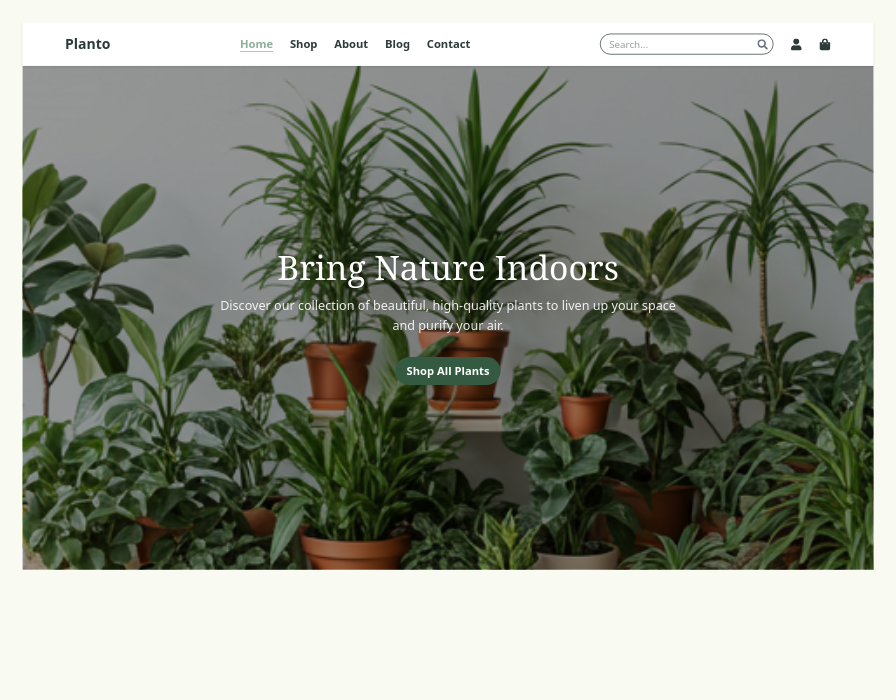
Repository: mazenessam99/Planto
Page: /
The author's editor kept a copy of each file at every save. The page is drawn from the files as they stood at one save, then again after the next save.
The browser window is 1280 px wide. The pictures show the part of the page from y = 0 to 1920 px (the page is 1000 px tall before and 10000 px after), at 70% of full size.
The project was rebuilt for these pictures with package versions that can differ from the ones it lists, and the page was loaded fresh each time. Also part of the build but not shown: vite.config.js.

Above is the page before, as saved 2025-11-22 01:12:55.

After the next save:
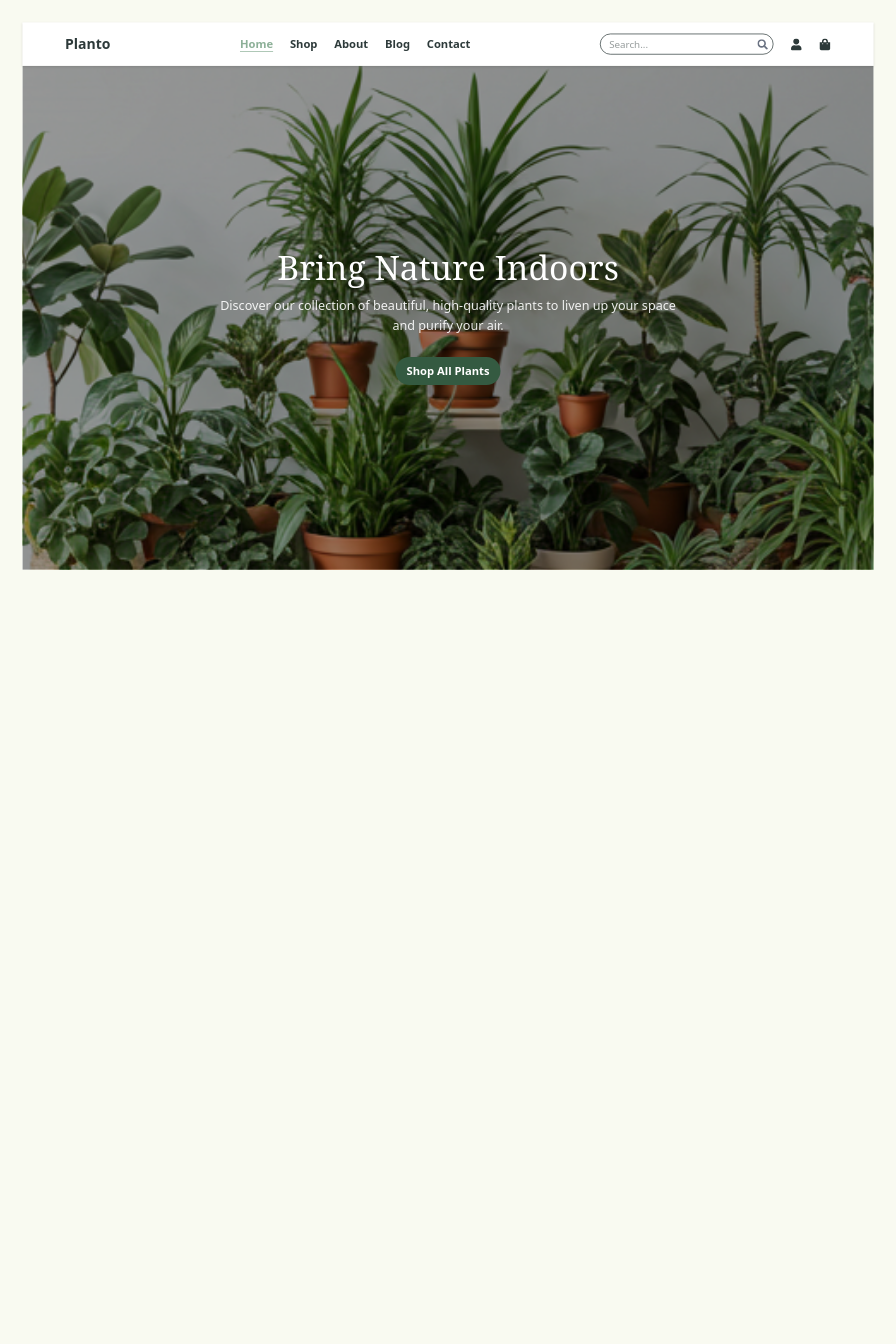
Saved 15 s later.
--- a/src/index.css
+++ b/src/index.css
@@ -15,7 +15,7 @@
 @layer base {
   body {
     @apply  bg-[#F9FAF1] text-gray-900;
-    height:1000px
+    height:10000px
   }
 }
 
